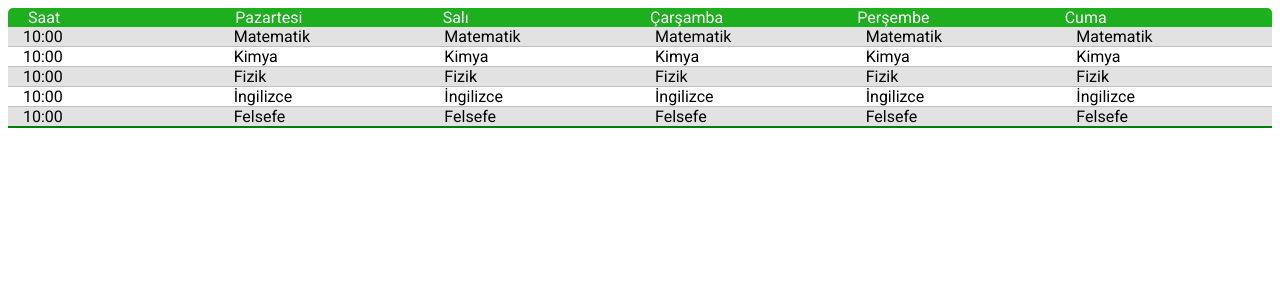
Repository: ahmetbugraozcan/css-ders-programi
Page: deneme.html
The author's editor kept a copy of each file at every save. The page is drawn from the files as they stood at one save, then again after a run of saves.
The browser window is 1280 px wide. The pictures show the whole page.

Above is the page before, as saved 2021-07-10 10:04:19.

### deneme.html
<!DOCTYPE html>
<html lang="en">

<head>
    <link href='http://fonts.googleapis.com/css?family=Roboto' rel='stylesheet' type='text/css'>

    <meta charset="UTF-8">
    <meta http-equiv="X-UA-Compatible" content="IE=edge">
    <meta name="viewport" content="width=device-width, initial-scale=1.0">
    <title>Document</title>
</head>
<style>

body {
          font-family: 'Roboto', sans-serif;

        }

    header {
        background-color: rgb(29, 175, 29);
        color: white;
        border-radius: 5px 5px 0 0;
        padding-left: 20px;
    }

    header,
    .row {
        display: flex;
        /* aligns all child elements (flex items) in a row */
    }

    .col :nth-of-type(odd){
        background-color:rgb(226, 226, 226) ;
    }
    .col :last-child {
        border-bottom: 2px solid green;
    }

    .col > div {
        border-bottom: 1px solid rgb(196, 187, 187);
        padding-left: 15px;

    }


    .col {
        flex: 1;
        /* distributes space on the line equally among items */
    }
</style>

<body>

    <header>
        <div class="col">Saat</div>
        <div class="col">Pazartesi</div>
        <div class="col">Salı</div>
        <div class="col">Çarşamba</div>
        <div class="col">Perşembe</div>
        <div class="col">Cuma</div>
    </header>
    <div class="row">
        <div class="col"><div>10:00</div><div>10:00</div>
            <div>10:00</div>
            <div>10:00</div>
            <div>10:00</div>
        </div>
        <div class="col">
            <div>Matematik</div>
            <div>Kimya</div>
            <div>Fizik</div>
            <div>İngilizce</div>
            <div>Felsefe</div>
        </div>
        <div class="col"><div>Matematik</div><div>Kimya</div>
            <div>Fizik</div>
            <div>İngilizce</div>
            <div>Felsefe</div>
        </div>
        <div class="col"><div>Matematik</div>
            <div>Kimya</div>
            <div>Fizik</div>
            <div>İngilizce</div>
            <div>Felsefe</div>
        </div>
        <div class="col"><div>Matematik</div><div>Kimya</div>
            <div>Fizik</div>
            <div>İngilizce</div>
            <div>Felsefe</div>
        </div>
        <div class="col"><div>Matematik</div>
            <div>Kimya</div>
            <div>Fizik</div>
            <div>İngilizce</div>
            <div>Felsefe</div>
        </div>
    </div>
</body>

</html>

After the next 2 saves:
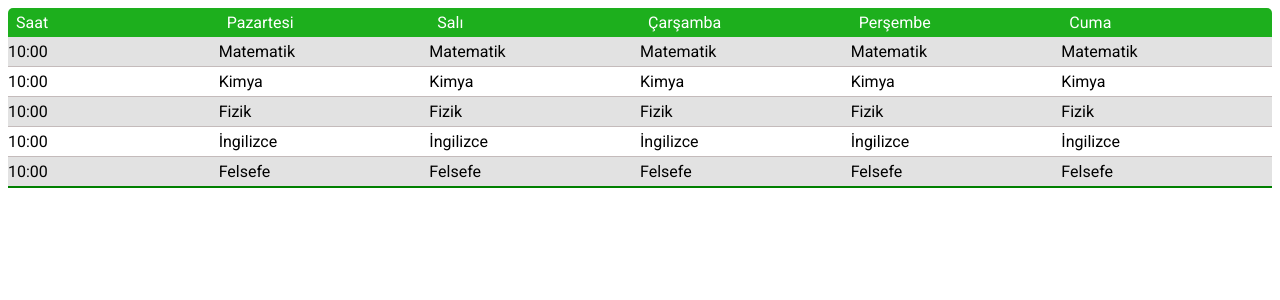
The 2 saves are shown as one change because they came seconds apart.
The last was saved 15 s later.
--- a/deneme.html
+++ b/deneme.html
@@ -15,12 +15,14 @@ body {
           font-family: 'Roboto', sans-serif;
 
         }
-
+    header > div {
+        padding: 5px 0px 5px 8px;
+    }
     header {
         background-color: rgb(29, 175, 29);
         color: white;
         border-radius: 5px 5px 0 0;
-        padding-left: 20px;
+
     }
 
     header,
@@ -38,7 +40,7 @@ body {
 
     .col > div {
         border-bottom: 1px solid rgb(196, 187, 187);
-        padding-left: 15px;
+        padding: 5px 0px 5px 0;
 
     }
 
